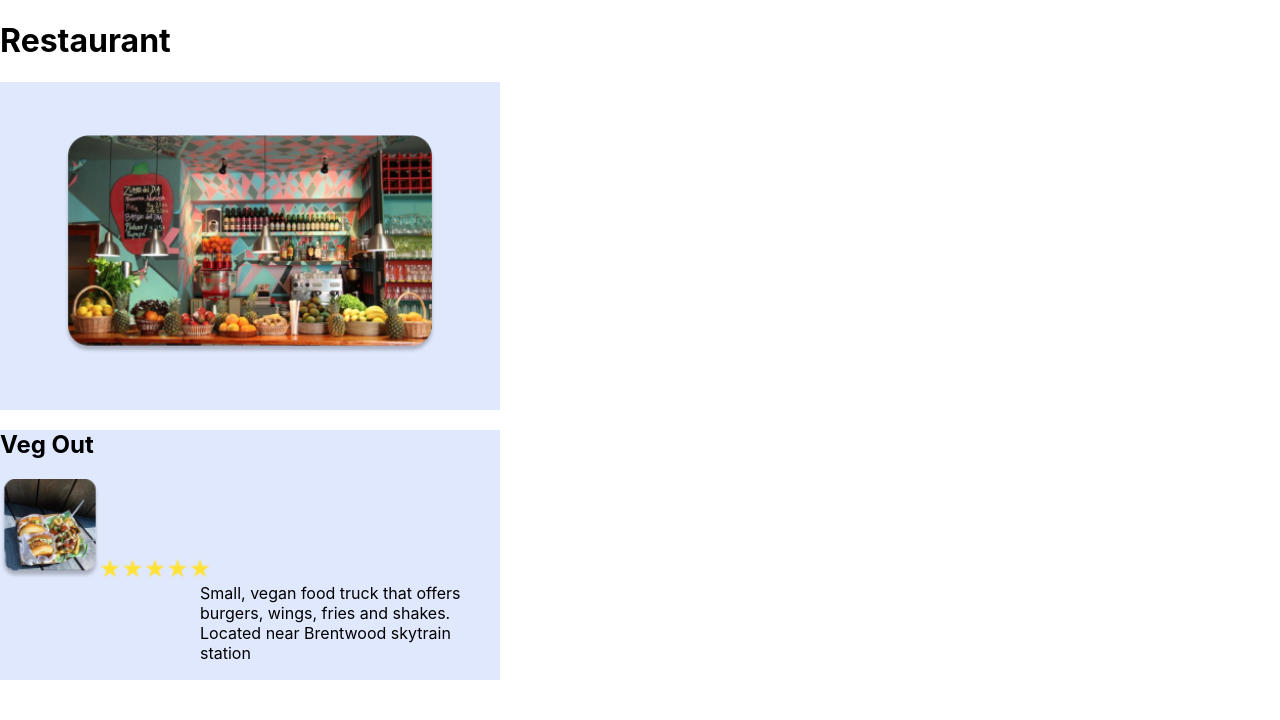
Repository: Kinakopan/design_mindfulEating_site
Page: /restaurant (app in firstapp/)
These files come from the project's save history. The page is drawn as it stood at one moment and after the next save; the edit follows.
The browser window is 1280 px wide. The pictures show the whole page.
The project was rebuilt for these pictures with package versions that can differ from the ones it lists, and the page was loaded fresh each time. The framework's server and built-in components were replaced by stand-ins that run in the browser. Also part of the build but not shown: firstapp/next.config.js.

Above is the page before, as saved 2022-04-20 16:56:14.

### firstapp/pages/restaurant.js
import ImgCard from "../comps/ImgCard";
import RestaurantCard from "../comps/RestaurantCard";
import ReCont from "../comps/RestaurantCard";
import ReImg from "../comps/RestaurantCard";
import Starts from "../comps/RestaurantCard";
import Button from "../comps/RestaurantCard";


export default function Restaurant(){

    return (
    <div>
        <h1>Restaurant</h1>

        <ImgCard
        img="/restaurant.png"
        bg="#E0E8FD"/>


    <main>
        <RestaurantCard>
        </RestaurantCard>
        <br></br>




    </main>
    </div>

    )
}

### firstapp/comps/ImgCard.js
import { Children } from 'react';
import styled from 'styled-components';

const CardCont = styled.div`
    background-color: ${props=>props.cl};
    color: ${props=>props.text_cl};
    min-width: 375px;
    max-width: 500px;
    padding: 1em 3em 1em 3em;
    border-radius: ${props=>props.border_radius}
`;

const DispImage = styled.img`
    width: 100%;
    padding: 1em;
`;

const List = styled.div`
    text-align: right;
`;

export default function ImgCard({
    img="/food1.png",
    bg="#E0E8FD",
    tcl="#08213E",
    title="",
    txt="",
    bor="",
    n1,n2,n3,n4="",
    Children=null

}){

    return <CardCont cl={bg} text_cl={tcl} border_radius={bor}>
        <h1>{title}</h1>
        <DispImage src={img}/>
        <List>
            <h2>{n1}</h2>
            <h2>{n2}</h2>
            <h2>{n3}</h2>
            <h2>{n4}</h2>
        </List>
        <p>{txt}</p>
        {Children}

    </CardCont>
}

### firstapp/comps/RestaurantCard.js

import styled from 'styled-components';


const ReCont = styled.div`
background-color:${props=>props.cl};
width:500px;
align-items: center;
height: 250px;
left: 1px;
top: 433px;
`
;

const ReImg = styled.img`
width:100px;
padding: 0 0 0;
`;


const Text = styled.p`
float:right;
top:20px;
font-size: 16px;
text-align: left;
width:300px;
margin: 0px;


`
;


const ResItem = styled.div`

`
;

const Title = styled.h2`

`
;

const Button = styled.img`
left:0;
background-color:"red";
height:20px;
`


export default function RestaurantCard({
    img="/veg out.png",
    bg="#E0E8FD",
    h2="Veg Out",
    txt="Small, vegan food truck that offers burgers, wings, fries and shakes. Located near Brentwood skytrain station",


}){

    return <ReCont
    cl={bg} txt={txt}>
    <Title>{h2}</Title>

    <ResItem>

        <ReImg src={img}></ReImg>
        <Button img src="/start rating.png"></Button>
        <Text>{txt}</Text>


    </ResItem>

    </ReCont>
}


//export default function RestaurantCard(){
    //return(
   //     <img src="/veg out.png" />
   // )

//}

Loaded but not shown: firstapp/pages/_app.js (common file); firstapp/styles/globals.css (common file)

After the next save:
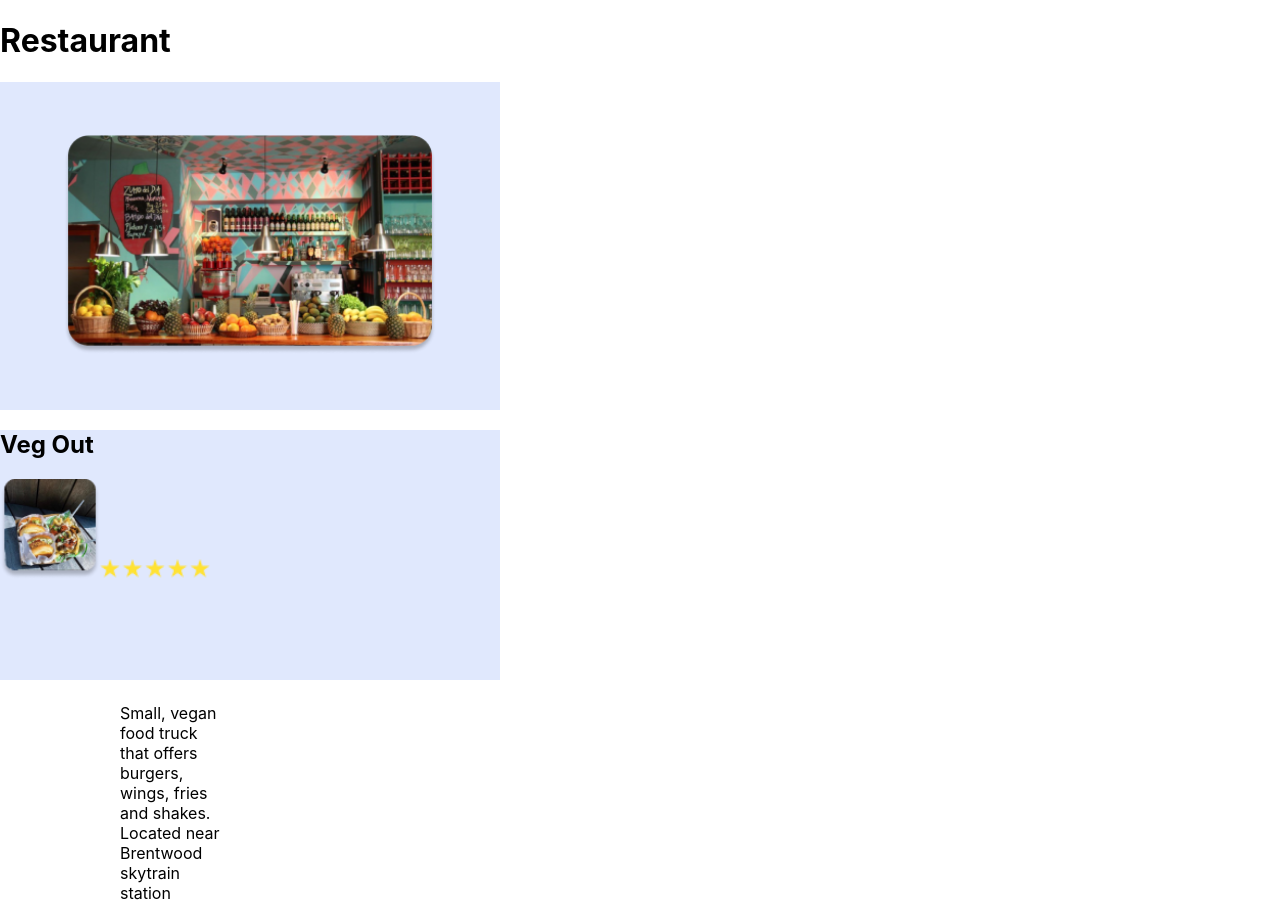
Saved 12 s later.
--- a/firstapp/comps/RestaurantCard.js
+++ b/firstapp/comps/RestaurantCard.js
@@ -14,17 +14,15 @@ top: 433px;
 
 const ReImg = styled.img`
 width:100px;
-padding: 0 0 0;
+padding: 1 1 auto auto;
 `;
 
 
 const Text = styled.p`
-float:right;
-top:20px;
 font-size: 16px;
 text-align: left;
-width:300px;
-margin: 0px;
+width:100px;
+margin: 120px;
 
 
 `
@@ -32,7 +30,7 @@ margin: 0px;
 
 
 const ResItem = styled.div`
-
+text-align: justify;
 `
 ;
 
@@ -42,7 +40,6 @@ const Title = styled.h2`
 ;
 
 const Button = styled.img`
-left:0;
 background-color:"red";
 height:20px;
 `
